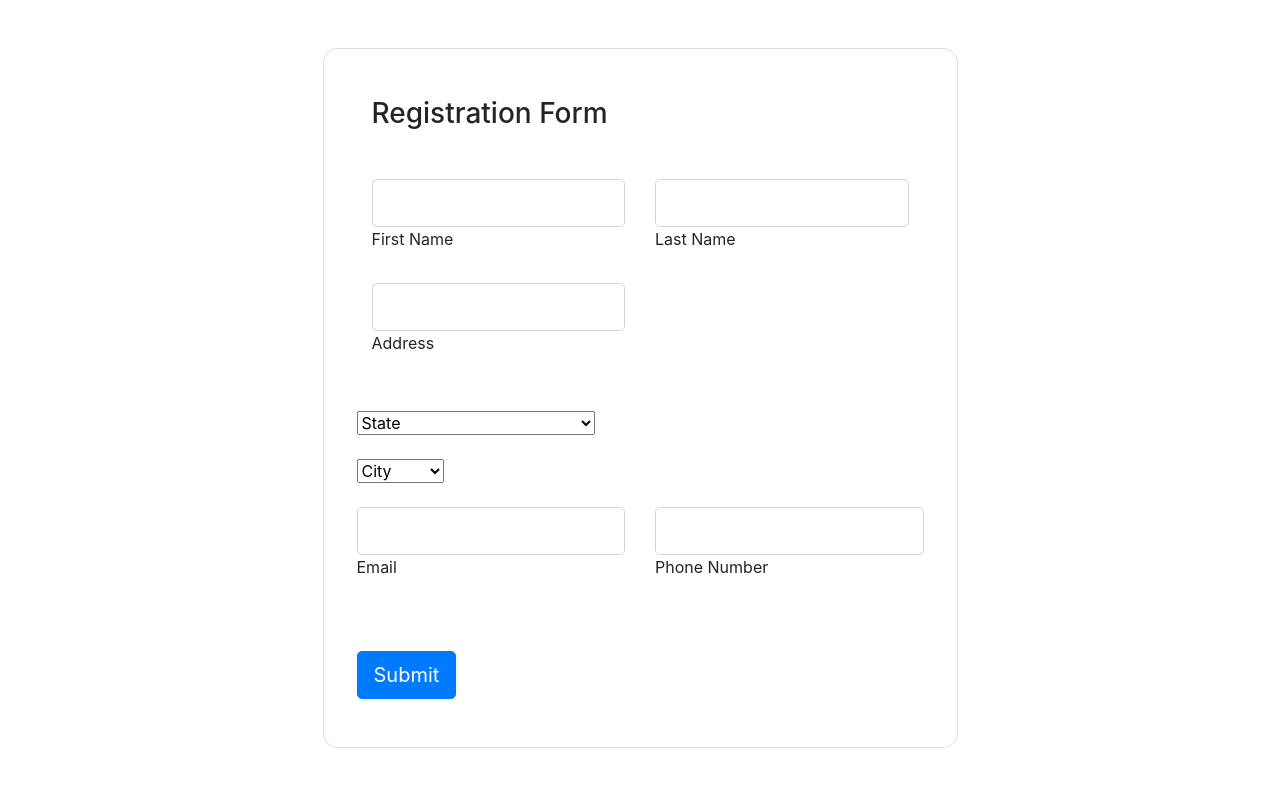
Repository: KeithKeithZ/libapp
Page: http://localhost/userRegister
These files come from the project's save history. The page is drawn as it stood at one moment and after a run of saves; the edit follows.
The browser window is 1280 px wide. The pictures show the whole page.
The page is served by the project's Laravel application, run on PHP 8.4 with Laravel 8. Other server files are loaded and not shown.

Above is the page before, as saved 2021-12-03 12:53:16.

### routes/web.php
<?php

use Illuminate\Support\Facades\Route;

/*
|--------------------------------------------------------------------------
| Web Routes
|--------------------------------------------------------------------------
|
| Here is where you can register web routes for your application. These
| routes are loaded by the RouteServiceProvider within a group which
| contains the "web" middleware group. Now create something great!
|
*/

Route::get('/', function () {
    return view('welcome');
});

Route::get('/Users', function () {
    return view('users');
});

Route::get('/userLogin', function () {
    return view('userSignIn');
});

Route::get('/userRegister', function () {
    return view('userRegister');
});

### resources/views/userRegister.blade.php
<!DOCTYPE html>
<html lang="{{ str_replace('_', '-', app()->getLocale()) }}">
    <head>
        <title>Bootstrap Example</title>
        <meta charset="utf-8">
        <meta name="viewport" content="width=device-width, initial-scale=1">
        <link rel="stylesheet" href="https://stackpath.bootstrapcdn.com/bootstrap/4.1.3/css/bootstrap.min.css" integrity="sha384-MCw98/SFnGE8fJT3GXwEOngsV7Zt27NXFoaoApmYm81iuXoPkFOJwJ8ERdknLPMO" crossorigin="anonymous">
        <script src="https://code.jquery.com/jquery-3.3.1.slim.min.js" integrity="sha384-q8i/X+965DzO0rT7abK41JStQIAqVgRVzpbzo5smXKp4YfRvH+8abtTE1Pi6jizo" crossorigin="anonymous"></script>
        <script src="https://cdnjs.cloudflare.com/ajax/libs/popper.js/1.14.3/umd/popper.min.js" integrity="sha384-ZMP7rVo3mIykV+2+9J3UJ46jBk0WLaUAdn689aCwoqbBJiSnjAK/l8WvCWPIPm49" crossorigin="anonymous"></script>
        <script src="https://stackpath.bootstrapcdn.com/bootstrap/4.1.3/js/bootstrap.min.js" integrity="sha384-ChfqqxuZUCnJSK3+MXmPNIyE6ZbWh2IMqE241rYiqJxyMiZ6OW/JmZQ5stwEULTy" crossorigin="anonymous"></script>
    </head>

    <section class="vh-100 gradient-custom">
        <div class="container py-5 h-100">
            <div class="row justify-content-center align-items-center h-100">
            <div class="col-12 col-lg-9 col-xl-7">
                <div class="card shadow-2-strong card-registration" style="border-radius: 15px;">
                <div class="card-body p-4 p-md-5">
                    <h3 class="mb-4 pb-2 pb-md-0 mb-md-5">Registration Form</h3>
                    <form>

                    <div class="row">
                        <div class="col-md-6 mb-4">

                        <div class="form-outline">
                            <input type="text" id="firstName" class="form-control form-control-lg" />
                            <label class="form-label" for="firstName">First Name</label>
                        </div>

                        </div>
                        <div class="col-md-6 mb-4">

                        <div class="form-outline">
                            <input type="text" id="lastName" class="form-control form-control-lg" />
                            <label class="form-label" for="lastName">Last Name</label>
                        </div>

                        </div>
                    </div>

                    <div class="row">
                        <div class="col-md-6 mb-4 d-flex align-items-center">

                        <div class="form-outline mb-4">
                            <input type="text" id="form3Example8" class="form-control form-control-lg" />
                            <label class="form-label" for="form3Example8">Address</label>
                        </div>

                        </div>

                        <div class="row">
                            <div class="col-md-10 mb-4">
                                <select>
                                    <option value="1">State</option>
                                    <option value="2">Alberta</option>
                                    <option value="3">British Columbia</option>
                                    <option value="4">Manitoba</option>
                                    <option value="5">New Brunswick</option>
                                    <option value="6">Newfoundland and Labrador</option>
                                    <option value="7">Northwest Territories</option>
                                    <option value="8">Nova Scotia</option>
                                    <option value="9">Nunavut</option>
                                    <option value="10">Ontario</option>
                                    <option value="11">Prince Edward Island</option>
                                    <option value="12">Quebec</option>
                                    <option value="13">Saskatchewan</option>
                                    <option value="14">Yukon</option>
                                </select>
                            </div>

                            <div class="col-md-6 mb-4">

                                <select class="select">
                                    <option value="1">City</option>
                                    <option value="2">Option 1</option>
                                    <option value="3">Option 2</option>
                                    <option value="4">Option 3</option>
                                </select>
                            </div>
                        </div>

                    <div class="row">
                        <div class="col-md-6 mb-4 pb-2">

                        <div class="form-outline">
                            <input type="email" id="emailAddress" class="form-control form-control-lg" />
                            <label class="form-label" for="emailAddress">Email</label>
                        </div>

                        </div>
                        <div class="col-md-6 mb-4 pb-2">

                        <div class="form-outline">
                            <input type="tel" id="phoneNumber" class="form-control form-control-lg" />
                            <label class="form-label" for="phoneNumber">Phone Number</label>
                        </div>

                        </div>
                    </div>

                    <div class="mt-4 pt-2">
                        <input class="btn btn-primary btn-lg" type="submit" value="Submit" />
                    </div>

                    </form>
                </div>
                </div>
            </div>
            </div>
        </div>
    </section>

</html>

After the next 2 saves:
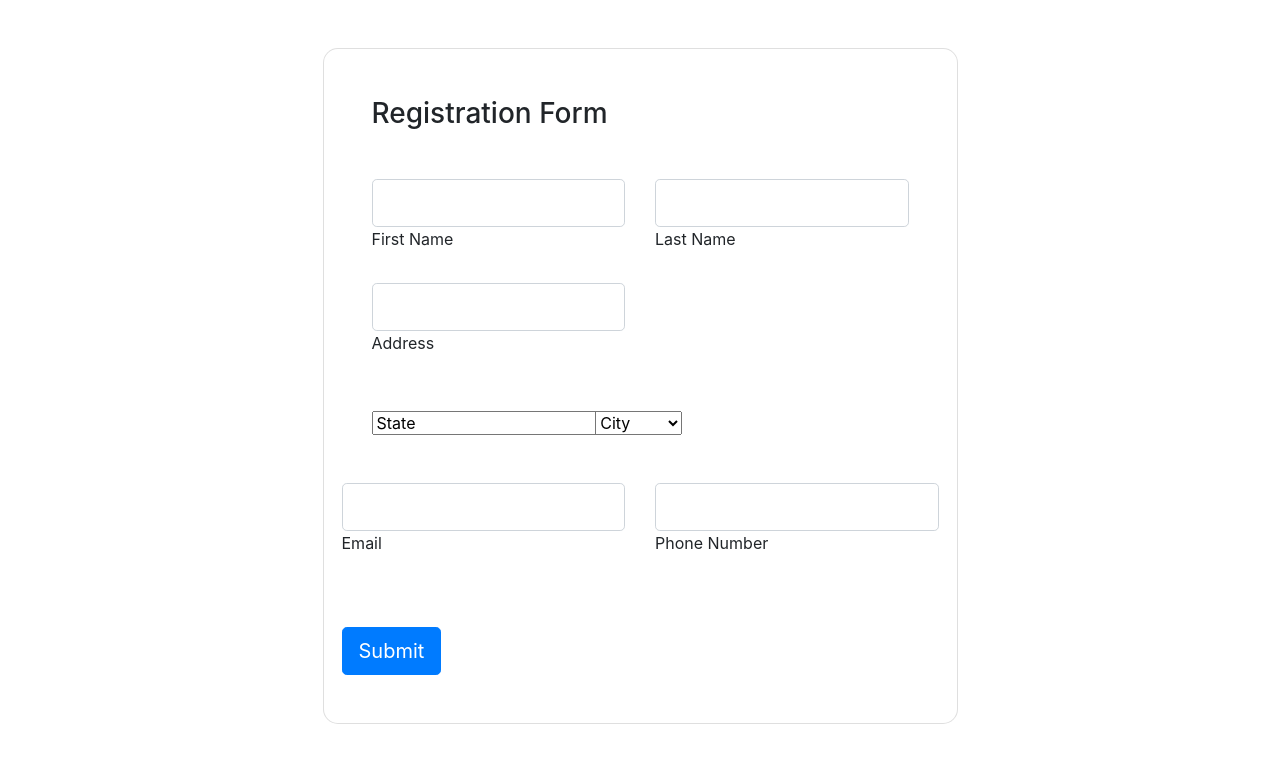
The 2 saves are shown as one change because they came seconds apart.
The last was saved 24 s later.
--- a/resources/views/userRegister.blade.php
+++ b/resources/views/userRegister.blade.php
@@ -49,6 +49,7 @@
                         </div>
 
                         <div class="row">
+                            <div class="col-md-6 mb-4 d-flex align-items-center">
                             <div class="col-md-10 mb-4">
                                 <select>
                                     <option value="1">State</option>
